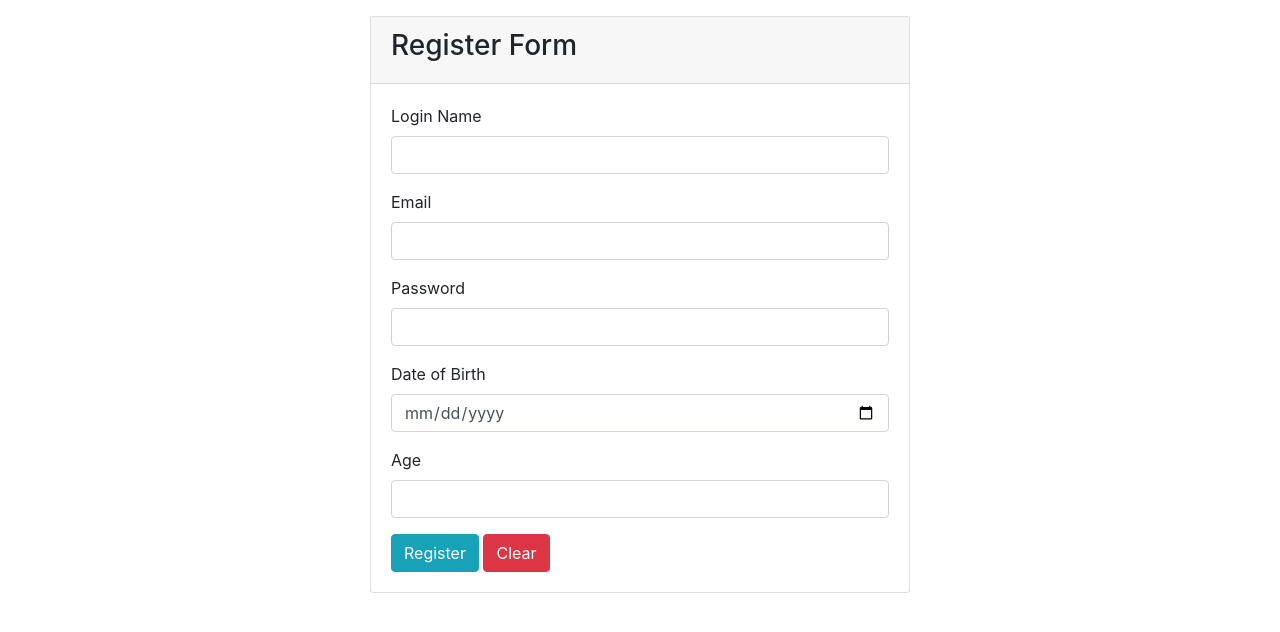
Repository: HsuMon123/Testing-Java-EE
Page: http://localhost/02-hello-servlet/
An editor plug-in stored every save of this project. The page is shown before and after the next save, followed by the edit.
The browser window is 1280 px wide. The pictures show the whole page.
The page is served by Tomcat 9.

Above is the page before, as saved 2020-12-17 06:13:38.

After the next save:
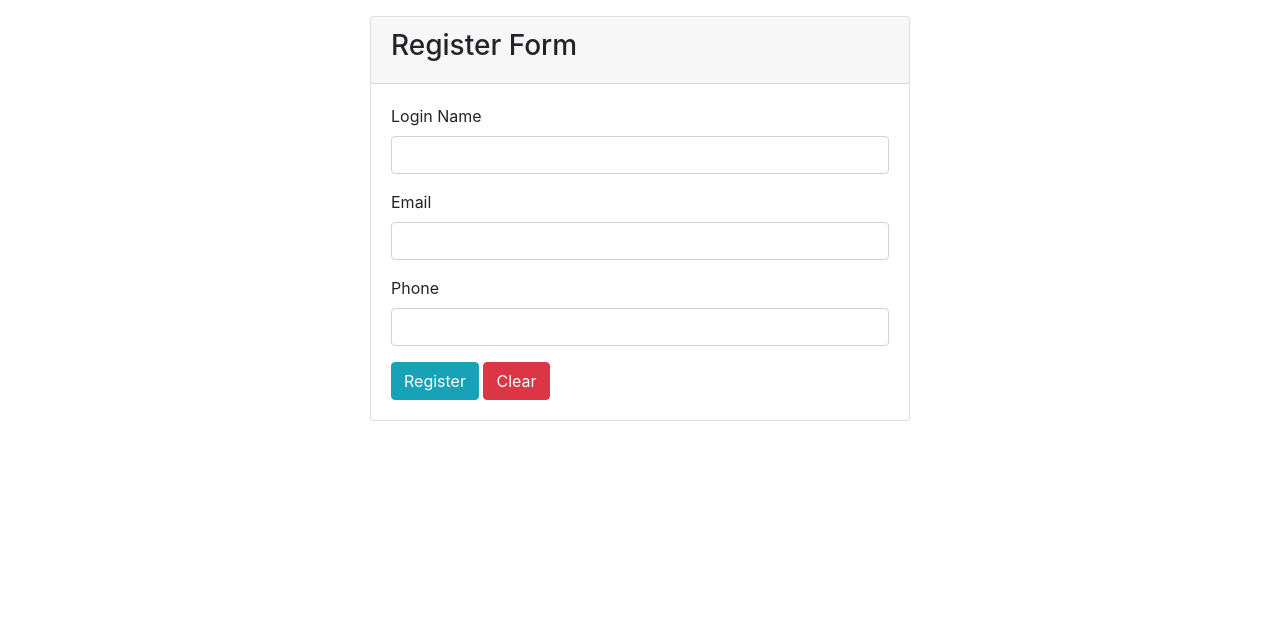
Saved 4 min 48 s later.
--- a/02-hello-servlet/src/main/webapp/index.jsp
+++ b/02-hello-servlet/src/main/webapp/index.jsp
@@ -29,17 +29,10 @@
 							<input type="email" name="email" class="form-control" />
 						</div>
 						<div class="form-group">
-							<label for="">Password</label>
-							<input type="password" name="upass" class="form-control" />
+							<label for="">Phone</label>
+							<input type="number" name="uphone" class="form-control" />
 						</div>
-						<div class="form-group">
-							<label for="">Date of Birth</label>
-							<input type="date" name="dob" class="form-control" />
-						</div>
-						<div class="form-group">
-							<label for="">Age</label>
-							<input type="number" name="age" class="form-control" />
-						</div>
+
 						<button type="submit" class="btn btn-info">Register</button>
 						<button type="reset" class="btn btn-danger">Clear</button>
 					</form>
